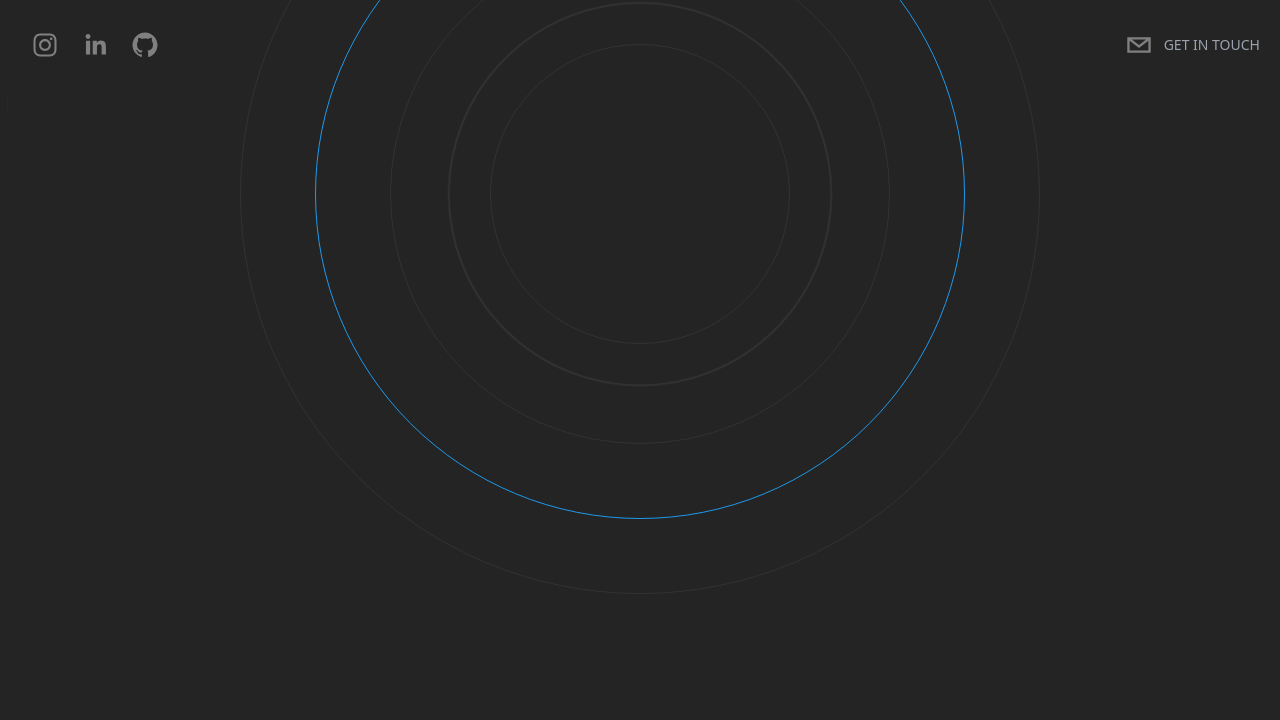
Repository: husainmamuwala/portfolio2.0
Page: /
These files come from the project's save history. The page is drawn as it stood at one moment and after the next save; the edit follows.
The browser window is 1280 px wide. The pictures show the whole page.
The project was rebuilt for these pictures with package versions that can differ from the ones it lists, and the page was loaded fresh each time. The framework's server and built-in components were replaced by stand-ins that run in the browser. Also part of the build but not shown: next.config.js.

Above is the page before, as saved 2022-09-17 18:40:17.

After the next save:
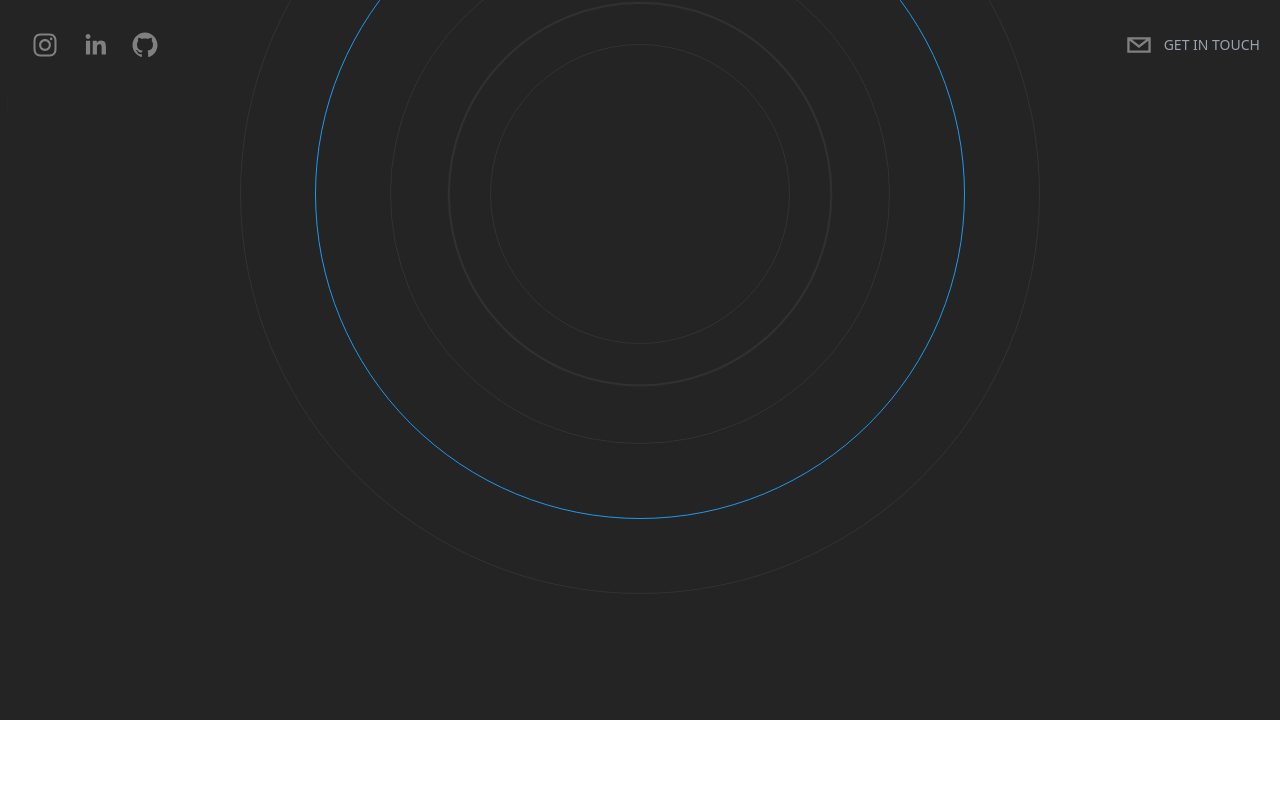
Saved 4 s later.
--- a/components/Hero.tsx
+++ b/components/Hero.tsx
@@ -11,7 +11,7 @@ export default function Hero({}: Props) {
         delaySpeed: 2000,
     });
   return (
-    <div className='h-sc'>
+    <div className='h-screen'>
         <BackgroundCircles/>
         <h1>
             <span>{text}</span>
